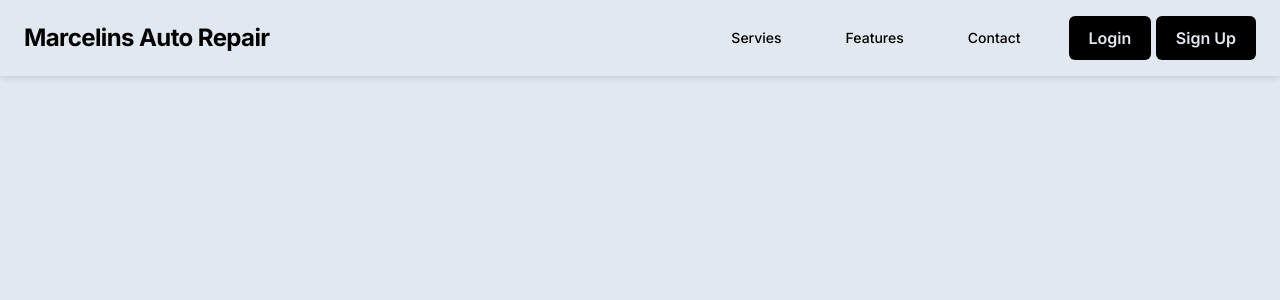
Repository: ilovegames507/twebsite-2
Page: frontend/public/index.html
The author's editor kept a copy of each file at every save. The page is drawn from the files as they stood at one save, then again after the next save.
The browser window is 1280 px wide. The pictures show the whole page.

Above is the page before, as saved 2025-03-17 20:07:32.

After the next save:
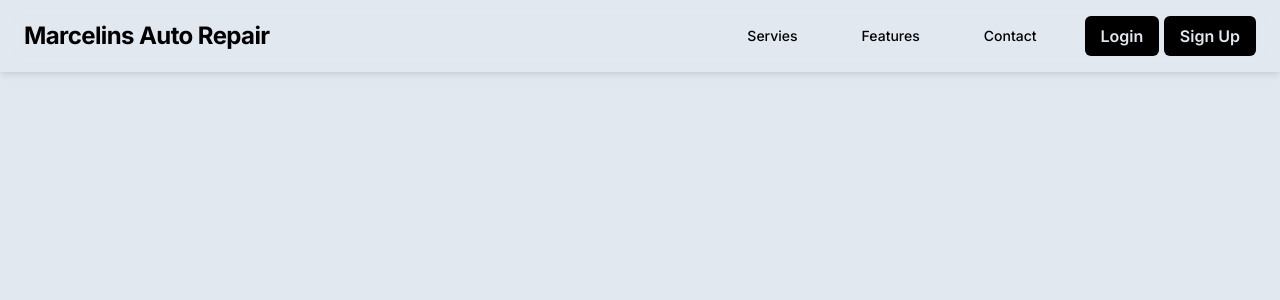
Saved 37 s later.
--- a/frontend/public/styles/components/header.css
+++ b/frontend/public/styles/components/header.css
@@ -51,7 +51,7 @@
   background: var(--clr-accent);
   color: var(--clr-light);
   background: var(--clr-dark);
-  padding: 0.625rem 1.25rem;
+  padding: 0.5rem 1rem;
   border-radius: 0.375rem;
   font-weight: 600;
   transition: var(--transition);
